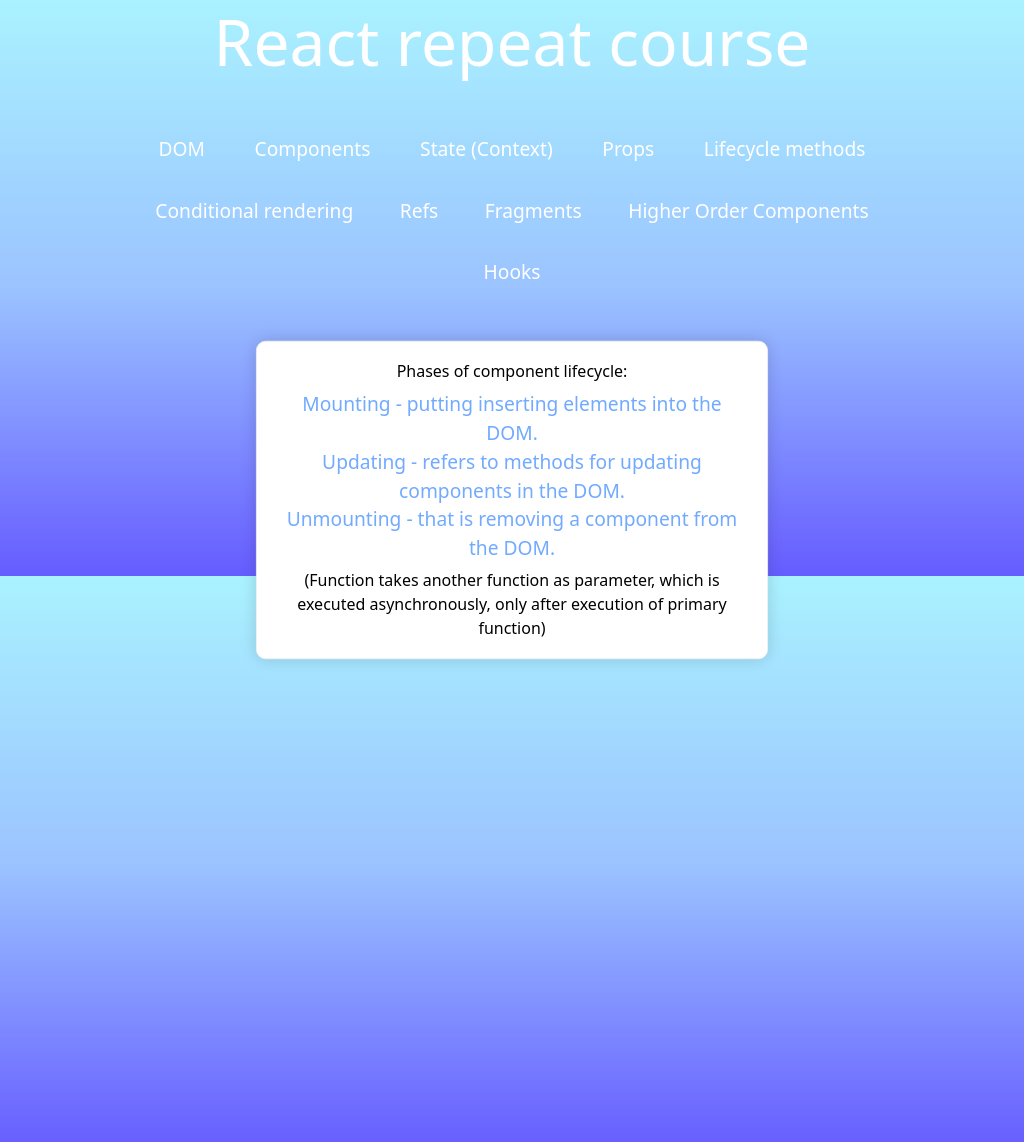
Repository: michalgornicki/github
Page: /#/Lifecycle
The author's editor kept a copy of each file at every save. The page is drawn from the files as they stood at one save, then again after a run of saves.
The browser window is 1280 px wide. The pictures show the whole page, at 80% of full size.
Backgrounds fixed to the window are drawn as part of the page. The project was rebuilt for these pictures with package versions that can differ from the ones it lists, and the page was loaded fresh each time. Also part of the build but not shown: src/components/dom.jsx, src/components/components.jsx, src/components/state.jsx, src/components/props.jsx, src/components/conditional.jsx, src/components/refs.jsx, src/components/fragments.jsx, src/components/hoc.jsx and 1 more.

Above is the page before, as saved 2022-02-07 13:06:22.

After the next 2 saves:
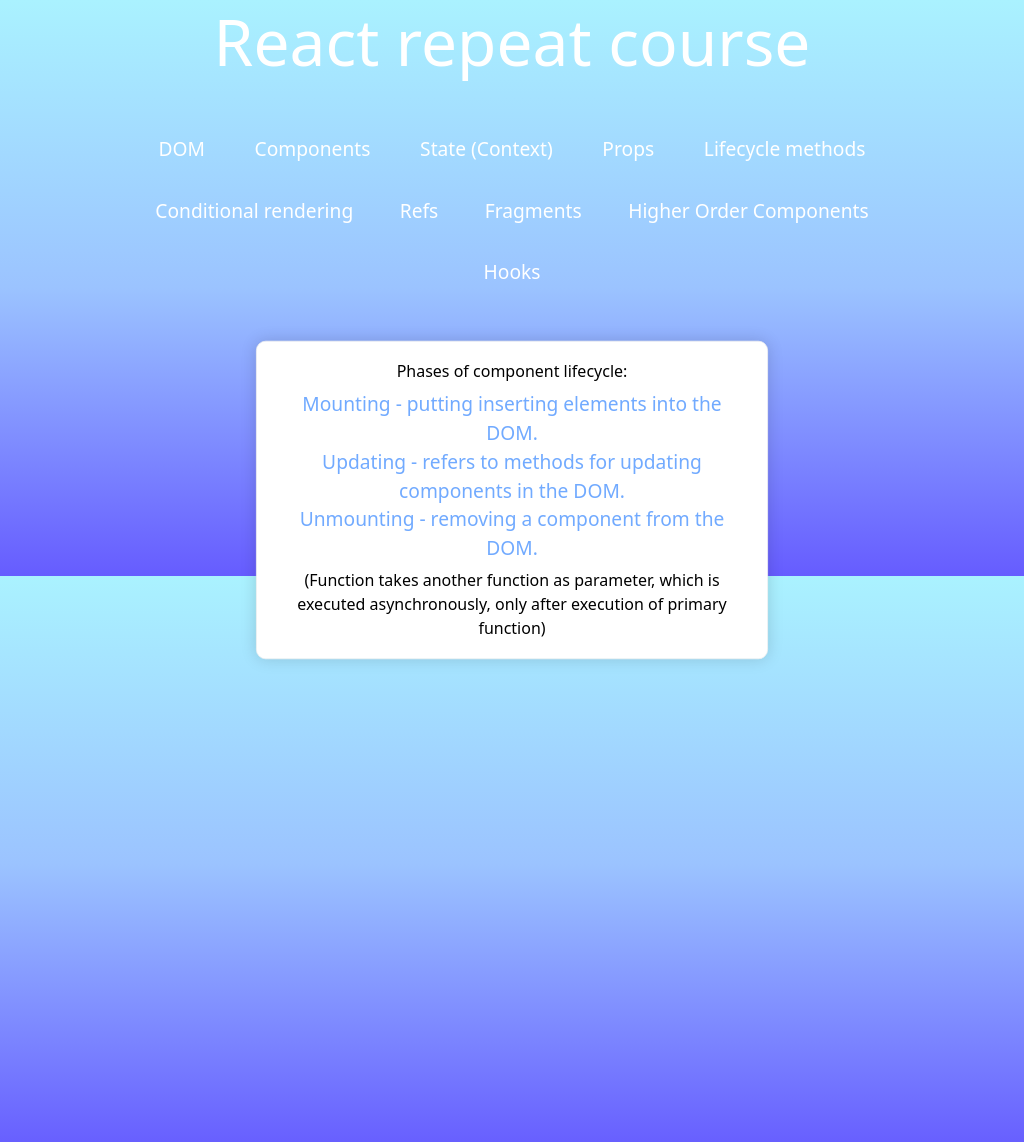
The 2 saves are shown as one change because they came seconds apart.
The last was saved 7 s later.
--- a/src/components/lifecycle.jsx
+++ b/src/components/lifecycle.jsx
@@ -7,8 +7,7 @@
         <div className="text-color">
           {`Mounting - putting inserting elements into the DOM.`} <br />
           {`Updating - refers to methods for updating components in the DOM.`} <br />
-          {`Unmounting - that is removing a component from the DOM.
-`}{" "}
+          {`Unmounting - removing a component from the DOM.`}{" "}
         </div>{" "}
         (Function takes another function as parameter, which is executed asynchronously, only after execution of primary function)
       </div>
